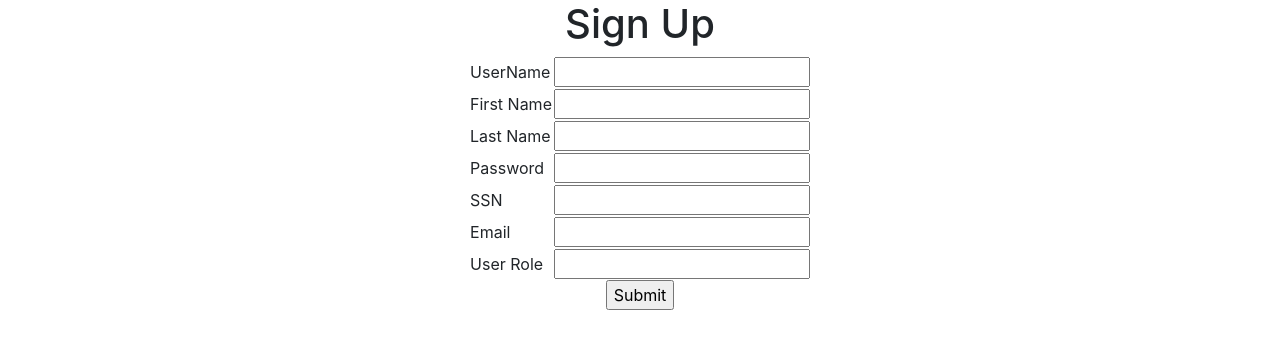
Repository: phh18/Train-Station-System
Page: http://localhost/trainstation/register
These files come from the project's save history. The page is drawn as it stood at one moment and after the next save; the edit follows.
The browser window is 1280 px wide. The pictures show the whole page.
Some web libraries are served in a nearby version. The page is served by Tomcat 9. Other server files are loaded and not shown.

Above is the page before, as saved 2020-11-08 02:14:54.

### trainstation/WebContent/WEB-INF/view/userRegister.jsp
<%@ page language="java" contentType="text/html; charset=ISO-8859-1"
    pageEncoding="ISO-8859-1"%>
<!DOCTYPE html>
<html>
<head>
<meta charset="ISO-8859-1">
<title>Register</title>
<link rel="stylesheet" href="https://maxcdn.bootstrapcdn.com/bootstrap/4.0.0/css/bootstrap.min.css" integrity="sha384-Gn5384xqQ1aoWXA+058RXPxPg6fy4IWvTNh0E263XmFcJlSAwiGgFAW/dAiS6JXm" crossorigin="anonymous">
<script src="https://code.jquery.com/jquery-3.2.1.slim.min.js" integrity="sha384-KJ3o2DKtIkvYIK3UENzmM7KCkRr/rE9/Qpg6aAZGJwFDMVNA/GpGFF93hXpG5KkN" crossorigin="anonymous"></script>
<script src="https://cdnjs.cloudflare.com/ajax/libs/popper.js/1.12.9/umd/popper.min.js" integrity="sha384-ApNbgh9B+Y1QKtv3Rn7W3mgPxhU9K/ScQsAP7hUibX39j7fakFPskvXusvfa0b4Q" crossorigin="anonymous"></script>
<script src="https://maxcdn.bootstrapcdn.com/bootstrap/4.0.0/js/bootstrap.min.js" integrity="sha384-JZR6Spejh4U02d8jOt6vLEHfe/JQGiRRSQQxSfFWpi1MquVdAyjUar5+76PVCmYl" crossorigin="anonymous"></script>
</head>
<body>

<div align="center">
  <h1>Sign Up</h1>
  <form action="<%= request.getContextPath() %>/register" method="post">
   <table style="with: 80%">
   	<tr>
     <td>UserName</td>
     <td><input type="text" name="userName" /></td>
    </tr>
    <tr>
     <td>First Name</td>
     <td><input type="text" name="firstName" /></td>
    </tr>
    <tr>
     <td>Last Name</td>
     <td><input type="text" name="lastName" /></td>
    </tr>
    <tr>
     <td>Password</td>
     <td><input type="password" name="password" /></td>
    </tr>
    <tr>
     <td>SSN</td>
     <td><input type="text" name="SSN" /></td>
    </tr>
    <tr>
     <td>Email</td>
     <td><input type="text" name="email" /></td>
    </tr>
    <tr>
     <td>User Role</td>
     <td><input type="text" name="userRole" /></td>
    </tr>
   </table>
   <input type="submit" value="Submit" />
  </form>
 </div>

</body>
</html>

### trainstation/src/trainstation/controller/UserServlet.java
package trainstation.controller;

import java.io.IOException;

import javax.servlet.RequestDispatcher;
import javax.servlet.ServletException;
import javax.servlet.annotation.WebServlet;
import javax.servlet.http.HttpServlet;
import javax.servlet.http.HttpServletRequest;
import javax.servlet.http.HttpServletResponse;

import trainstation.model.User;
import trainstation.help.UserHelp;

/**
 * Servlet implementation class UserServlet
 */
@WebServlet("/register")
public class UserServlet extends HttpServlet {
	private static final long serialVersionUID = 1L;
	private UserHelp userHelp;

    /**
     * @see HttpServlet#HttpServlet()
     */
	public void init() {
        userHelp = new UserHelp();
    }

    public UserServlet() {
        super();
        // TODO Auto-generated constructor stub
    }

	/**
	 * @see HttpServlet#doGet(HttpServletRequest request, HttpServletResponse response)
	 */
	protected void doGet(HttpServletRequest request, HttpServletResponse response) throws ServletException, IOException {
		// TODO Auto-generated method stub
		response.getWriter().append("Served at: ").append(request.getContextPath());

		RequestDispatcher dispatcher = request.getRequestDispatcher("/WEB-INF/view/userRegister.jsp");
		dispatcher.forward(request, response);
		return;
	}

	/**
	 * @see HttpServlet#doPost(HttpServletRequest request, HttpServletResponse response)
	 */
	protected void doPost(HttpServletRequest request, HttpServletResponse response) throws ServletException, IOException {
		// TODO Auto-generated method stub
//		doGet(request, response);

		String userName = request.getParameter("userName");
		String firstName = request.getParameter("firstName");
        String lastName = request.getParameter("lastName");
        String password = request.getParameter("password");
        String SSN = request.getParameter("SSN");
        String email = request.getParameter("email");
        String userRole = request.getParameter("userRole");

        User user = new User(userName, firstName, lastName, password, SSN, email, userRole);

        try {
            userHelp.registerUser(user);
        } catch (Exception e) {
            // TODO Auto-generated catch block
            e.printStackTrace();
        }

        RequestDispatcher dispatcher = request.getRequestDispatcher("/WEB-INF/view/userDetails.jsp");
		dispatcher.forward(request, response);
		return;
	}

}

After the next save:
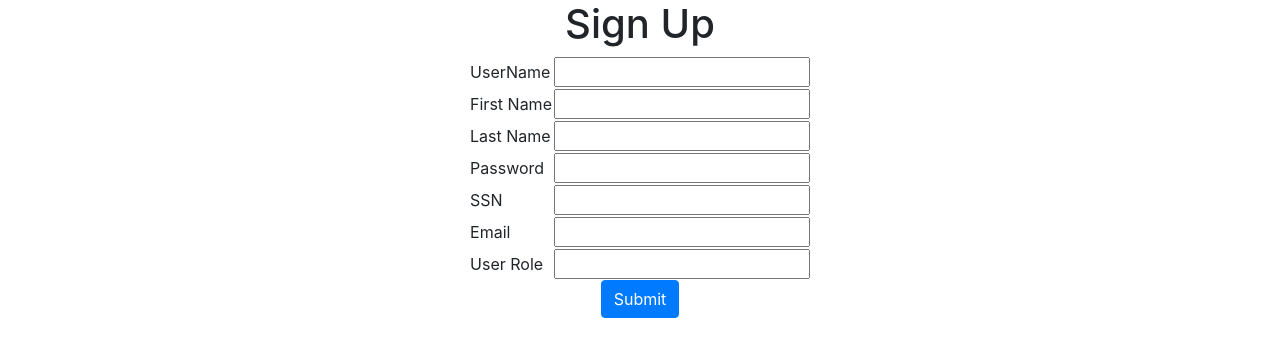
Saved 63 s later.
--- a/trainstation/WebContent/WEB-INF/view/userRegister.jsp
+++ b/trainstation/WebContent/WEB-INF/view/userRegister.jsp
@@ -45,7 +45,7 @@
      <td><input type="text" name="userRole" /></td>
     </tr>
    </table>
-   <input type="submit" value="Submit" />
+   <button type="submit" class="btn btn-primary">Submit</button>
   </form>
  </div>
 
